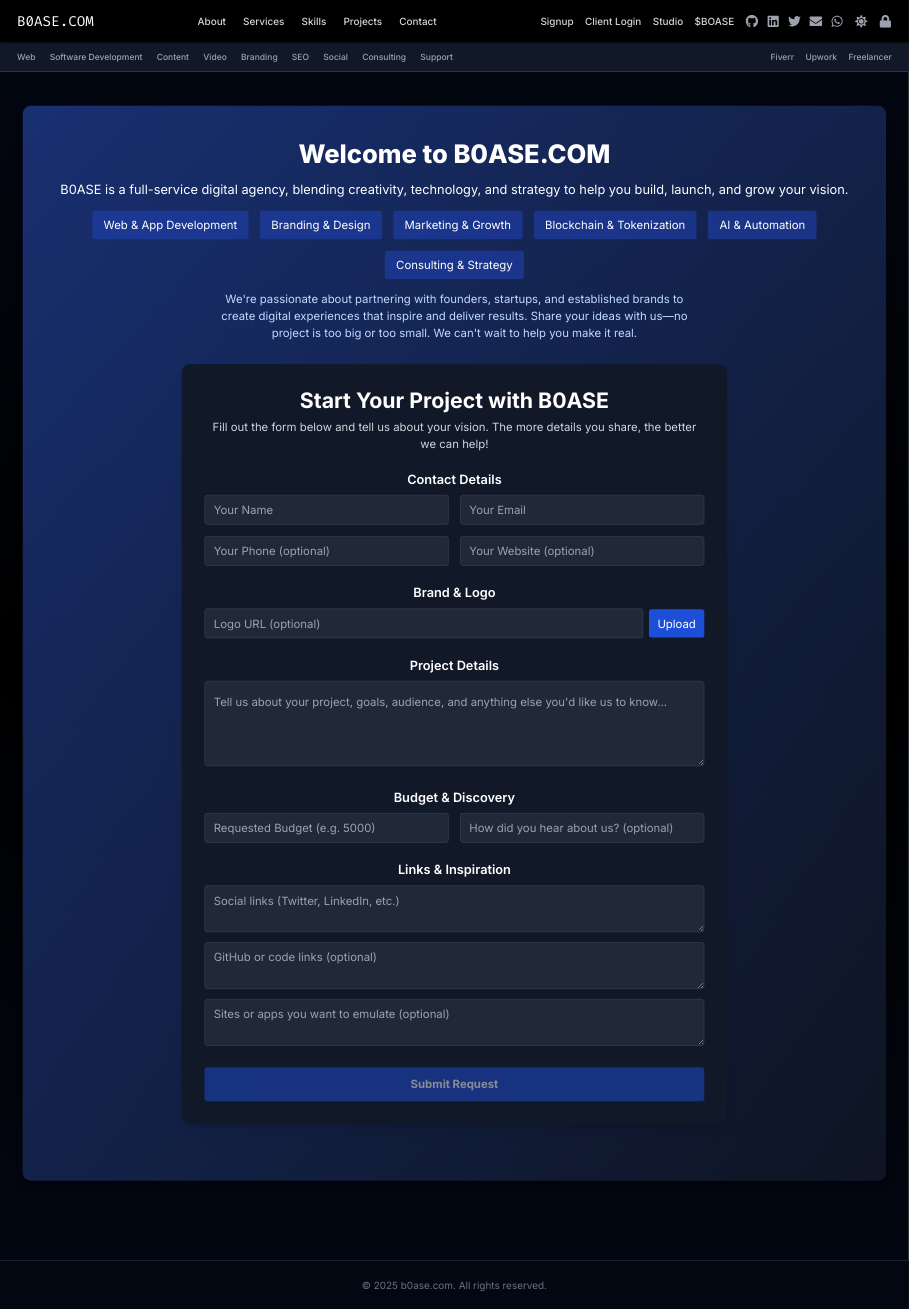
Repository: b0ase/rafskitchen
Page: /signup
The author's editor kept a copy of each file at every save. The page is drawn from the files as they stood at one save, then again after the next save.
The browser window is 1280 px wide. The pictures show the whole page, at 71% of full size.
The page's requests for data from a server got no answer. The project was rebuilt for these pictures with package versions that can differ from the ones it lists, and the page was loaded fresh each time. The framework's server and built-in components were replaced by stand-ins that run in the browser. No one was signed in, and anything a server would have sent is missing. Also part of the build but not shown: next.config.js.

Above is the page before, as saved 2025-05-03 21:59:09.

After the next save:
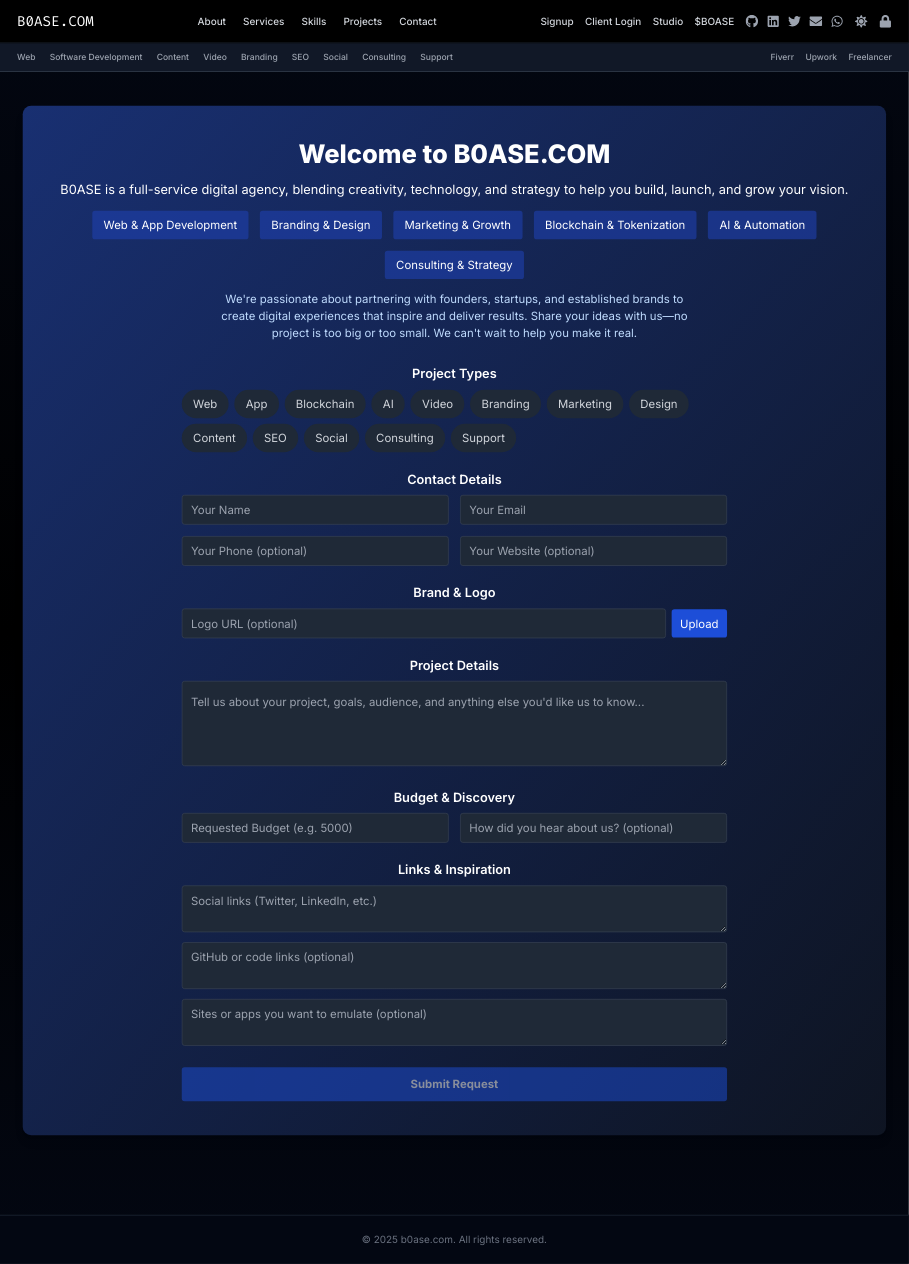
Saved 13 h 11 min later.
--- a/app/components/ClientSignupForm.tsx
+++ b/app/components/ClientSignupForm.tsx
@@ -19,10 +19,26 @@
     socials: "",
     github_links: "",
     inspiration_links: "",
+    project_types: [] as string[],
   });
   const [uploading, setUploading] = useState(false);
   const [success, setSuccess] = useState("");
   const [error, setError] = useState("");
+
+  const projectTypes = [
+    "Web", "App", "Blockchain", "AI", "Video",
+    "Branding", "Marketing", "Design", "Content",
+    "SEO", "Social", "Consulting", "Support"
+  ];
+
+  const toggleProjectType = (type: string) => {
+    setForm(f => ({
+      ...f,
+      project_types: f.project_types.includes(type)
+        ? f.project_types.filter(t => t !== type)
+        : [...f.project_types, type]
+    }));
+  };
 
   async function handleLogoUpload(e: React.ChangeEvent<HTMLInputElement>) {
     if (e.target.files && e.target.files[0]) {
@@ -67,6 +83,7 @@
         socials: "",
         github_links: "",
         inspiration_links: "",
+        project_types: [],
       });
     } else {
       setError("Submission failed. Please try again.");
@@ -74,12 +91,27 @@
   }
 
   return (
-    <div className="max-w-3xl mx-auto my-8 p-8 bg-gray-900 text-white rounded-xl shadow-lg">
-      <h2 className="text-3xl font-bold mb-2 text-center">Start Your Project with B0ASE</h2>
-      <p className="text-gray-300 text-center mb-6">
-        Fill out the form below and tell us about your vision. The more details you share, the better we can help!
-      </p>
+    <div className="space-y-8">
       <form onSubmit={handleSubmit} className="space-y-6">
+        <div>
+          <h3 className="text-lg font-semibold mb-2">Project Types</h3>
+          <div className="flex flex-wrap gap-2">
+            {projectTypes.map(type => (
+              <button
+                key={type}
+                type="button"
+                onClick={() => toggleProjectType(type)}
+                className={`px-4 py-2 rounded-full transition-colors ${
+                  form.project_types.includes(type)
+                    ? 'bg-blue-600 text-white'
+                    : 'bg-gray-800 text-gray-300 hover:bg-gray-700'
+                }`}
+              >
+                {type}
+              </button>
+            ))}
+          </div>
+        </div>
         <div>
           <h3 className="text-lg font-semibold mb-2">Contact Details</h3>
           <div className="grid grid-cols-1 md:grid-cols-2 gap-4">
